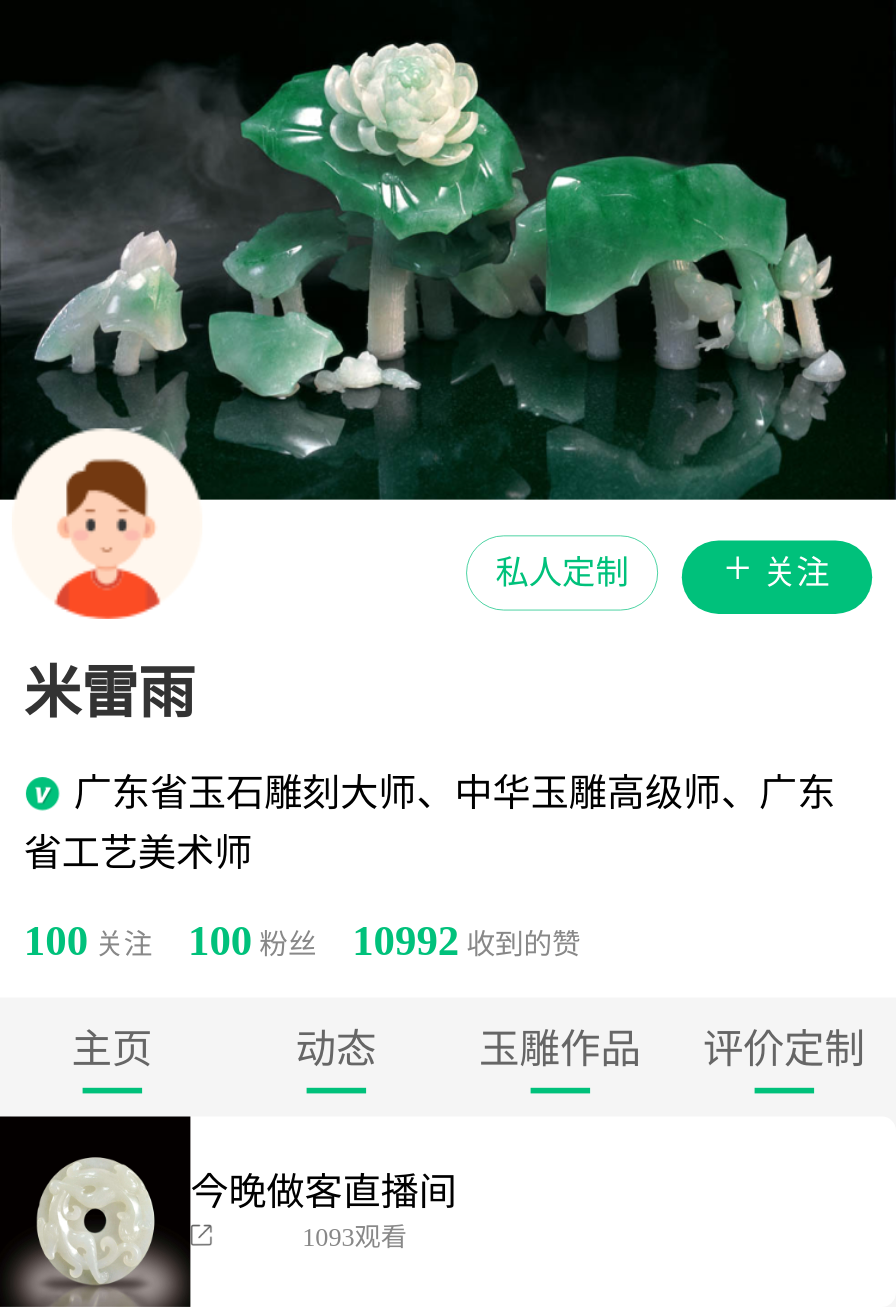
Repository: 1yanglulu/-
Page: html/jadecarvemaincenter.html
An editor plug-in stored every save of this project. The page is shown before and after the next save, followed by the edit.
The browser window is 1280 px wide. The pictures show the whole page, at 70% of full size.

Above is the page before, as saved 2020-01-07 16:44:59.

### html/jadecarvemaincenter.html
<!DOCTYPE html>
<html lang="en">
<head>
  <meta charset="UTF-8">
  <meta name="viewport" content="width=device-width, user-scalable=no, initial-scale=1.0, maximum-scale=1.0, minimum-scale=1.0">
  <meta http-equiv="X-UA-Compatible" content="ie=edge">
  <title>玉雕师详情</title>
  <link rel="stylesheet" href="../css/common.css">
  <link rel="stylesheet" href="../css/jadecarvemaincenter.css">
  <link rel="stylesheet" href="../css/jadehomepage.css">
</head>
<body class="bac-color">
  <div class="jade-main-center  bac-color">
    <div class="top-banner">
      <img src="../images/mainbac.png" alt="" class="banner-bac">
    </div>
    <div class="avatar-box">
      <img src="../images/defaultImg.png" alt="" class="default-img">
      <div class="btn-box fn">
        <a href="javascript:void(0);" class="self-made">私人定制</a>
        <div class="follow-btn"><span class="add-icon">+</span>关注</div>
      </div>
      <div class="jade-name">
        米雷雨
      </div>
      <div class="jade-introduce fn">
        <img src="../images/vipicon.png" alt="vip" class="vip-icon">
        <span class="touxian">广东省玉石雕刻大师、中华玉雕高级师、广东省工艺美术师</span>
      </div>
      <div class="jade-hot-num">
        <span class="for-num">100</span>关注<span class="for-num">100</span>粉丝<span class="for-num">10992</span>收到的赞
      </div>
    </div>
    <div class="jade-tab clearfix">
      <div class="jade-tab-item fl  fn">
        <span>主页</span>
        <div class="tab-line"></div>
      </div>
      <div class="jade-tab-item fl  fn">
        <span>动态</span>
        <div class="tab-line"></div>
      </div>
      <div class="jade-tab-item fl  fn">
        <span>玉雕作品</span>
        <div class="tab-line"></div>
      </div>
      <div class="jade-tab-item fl  fn">
        <span>评价定制</span>
        <div class="tab-line"></div>
      </div>
    </div>
    <div id="home-page-con">
    </div>
    <div class="active-page-con">
    </div>
    <div class="jade-works-page-con">
    </div>
    <div class="jade-comment-made-page-con">
    </div>
  </div>
  <script src="../js/jquery-3.3.1.min.js"></script>
  <script src="../js/rem.js"></script>
  <script src="../js/jadecarvemaincenter.js"></script>
  <script>
    $(document).ready(function(){
    　　$("#home-page-con").load("./jadehomepage.html")
    });
  </script>
</body>
</html>

### css/common.css
h2,body,div,html,ul,li,a,img{
  margin: 0;
  padding: 0;
}
a,img{
  display:block;
}
.fn{
  font-size:0;
}
ul{
  margin-block-start: 0;
  margin-block-end: 0;
  padding-inline-start: 0;
}
ul li{
  list-style: none;
}
a{
  text-decoration: none;
}
.clearfix:after{/*伪元素是行内元素 正常浏览器清除浮动方法*/
  content: "";
  display: block;
  height: 0;
  clear:both;
  visibility: hidden;
}
.clearfix{
  *zoom: 1;/*ie6清除浮动的方式 *号只有IE6-IE7执行，其他浏览器不执行*/
}
.fl{
  float: left;
}
.fr{
  float:right;
}
.bac-color{
  /* background:rgb(248,248,248); */
  background: #f5f5f5;
}

### css/jadecarvemaincenter.css
.jade-main-center{
  width: 100%;
}
.top-banner{
  background: #fff;
}
.banner-bac{
  width: 100%;
  height: 4.2rem;
  display: block
}
.default-img{
  width: 1.6rem;
  height: 1.6rem;
}
.avatar-box{
  position: relative;
  background: #fff;
}
.default-img{
  position: absolute;
  left:.1rem;
  top:-.6rem;

}
.avatar-box{
  padding:0 .2rem 0.3rem;
}
.btn-box{
  text-align: right;
  padding: .3rem 0;
}
.self-made{
  display: inline-block;
  padding: 0 .24rem;
  text-align: center;
  line-height: .62rem;
  border: 1px solid #00C17B;
  border-radius:.33rem;
  background: #fff;
  font-size: .28rem;
  color: #00C17B;
  margin-right: .2rem;
}
.follow-btn{
  width: 1.6rem;
  height: .62rem;
  text-align: center;
  background: #00C17B;
  border-radius:.33rem;
  font-size: .28rem;
  color: #FFFFFF;
  display: inline-block;
}
.add-icon{
  font-size: .4rem;
  color: #FFFFFF;
  margin-right: .1rem;
}
.jade-name{
  font-size: .48rem;
  color: #333333;
  line-height: .58rem;
  text-align: left;
  margin-top: .08rem;
  font-weight: bold;
  margin-bottom: .3rem;
  background: #fff;
}
.jade-introduce{
  margin-bottom: .3rem;
  background: #fff;
}
.vip-icon{
  width: .32rem;
  height: .32rem;
  display: inline-block;
  margin-right: .1rem;
  vertical-align: middle;
}
.touxian{
  font-size: .32rem;
  color: #000000;
  line-height: .5rem;
  vertical-align: middle;
}
.jade-hot-num{
  font-size: .24rem;
  color: #888888;
  text-align: center;
  text-align: left;
  background: #fff;
}
.jade-hot-num .for-num{
  font-size: .36rem;
  color: #00C17B;
  text-align: center;
  font-weight: bold;
  margin-left: .3rem;
  vertical-align: bottom;
  line-height: 0.36rem;
  margin-right: .06rem;
}
.jade-hot-num .for-num:first-child{
  margin-left: 0;
}
.jade-tab{
  height: 1rem;
}
.jade-tab .jade-tab-item{
  width: 25%;
  height: 100%;
  text-align: center;
  padding-top: 0.2rem;
  box-sizing: border-box;
}
.jade-tab .jade-tab-item>span{
  display: block;
  height: 0.48rem;
  text-align: center;
  line-height: .48rem;
  margin-bottom: .08rem;
  font-size: .34rem;
  color: #666666;
}
.tab-line{
  width: .5rem;
  height: .05rem;
  background: #00C17B;
  display: inline-block;
}
.active-style{
  color:#00C17B
}
.home-page-con{
  padding:0 .2rem;
}

### css/jadehomepage.css
.bodyStyle{
  padding:0 .2rem;
}
.home-top{
  width: 100%;
  height: 1.6rem;
  background: #FFFFFF;
  border-radius: .12rem;
}
.live-bac{
  display: inline-block;
  width: 1.6rem;
  height: 100%;
  vertical-align: middle;
}
.live-con{
  /* height: 100%; */
  display: inline-block;
  vertical-align: middle;
}
.live-title{
  font-size: .32rem;
  color: #000000;
  letter-spacing: 0;
}
.live-status{
  display: inline-block;
  width: .94rem;
  height: .32rem;
}
.live-status>img{
  width: .18rem;
  height: .18rem;
  display: inline-block;
}
.live-visitor-num{
  display: inline-block;
  font-size: .22rem;
  color: #888888;
}

### js/rem.js
(function (doc, win) {
    var docEl = doc.documentElement,
        resizeEvt = 'orientationchange' in window ? 'orientationchange' : 'resize',
        recalc = function () {
            var clientWidth = docEl.clientWidth;
            if (!clientWidth) return;
            docEl.style.fontSize =Math.floor(100*(clientWidth / 750))+ 'px';
        };
    if (!doc.addEventListener) return;
    win.addEventListener(resizeEvt, recalc, false);
    doc.addEventListener('DOMContentLoaded', recalc, false);
})(document,window);

### html/jadehomepage.html
<div class="home-top fn">
  <img src="../images/yushi1.jpg" alt="直播间封面" class="live-bac">
  <div class="live-con fn">
    <div class="live-title">今晚做客直播间</div>
    <div class="live-detail fn">
      <div class="live-status fn"><img src="../images/share.png" alt="" class="live-status-icon"><span>直播中</span></div>
      <div class="live-visitor-num">1093观看</div>
    </div>
  </div>
  <a href="javascript:void(0);">进入直播间</a>
</div>

Loaded but not shown: js/jquery-3.3.1.min.js (library); js/jadecarvemaincenter.js (no stored copy; drawn as an empty file)

After the next save:
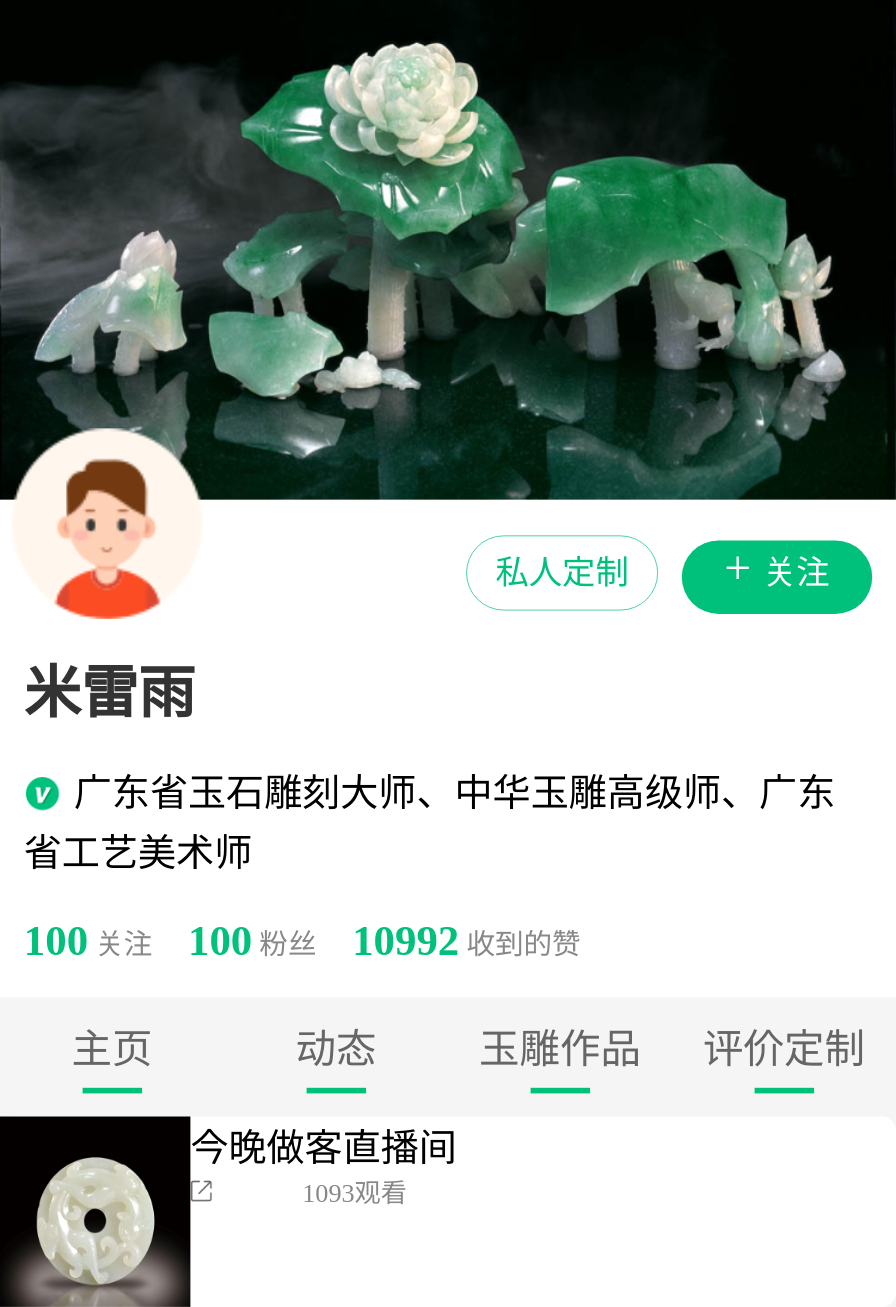
Saved 26 s later.
--- a/css/jadehomepage.css
+++ b/css/jadehomepage.css
@@ -14,7 +14,7 @@
   vertical-align: middle;
 }
 .live-con{
-  /* height: 100%; */
+  height: 100%;
   display: inline-block;
   vertical-align: middle;
 }
